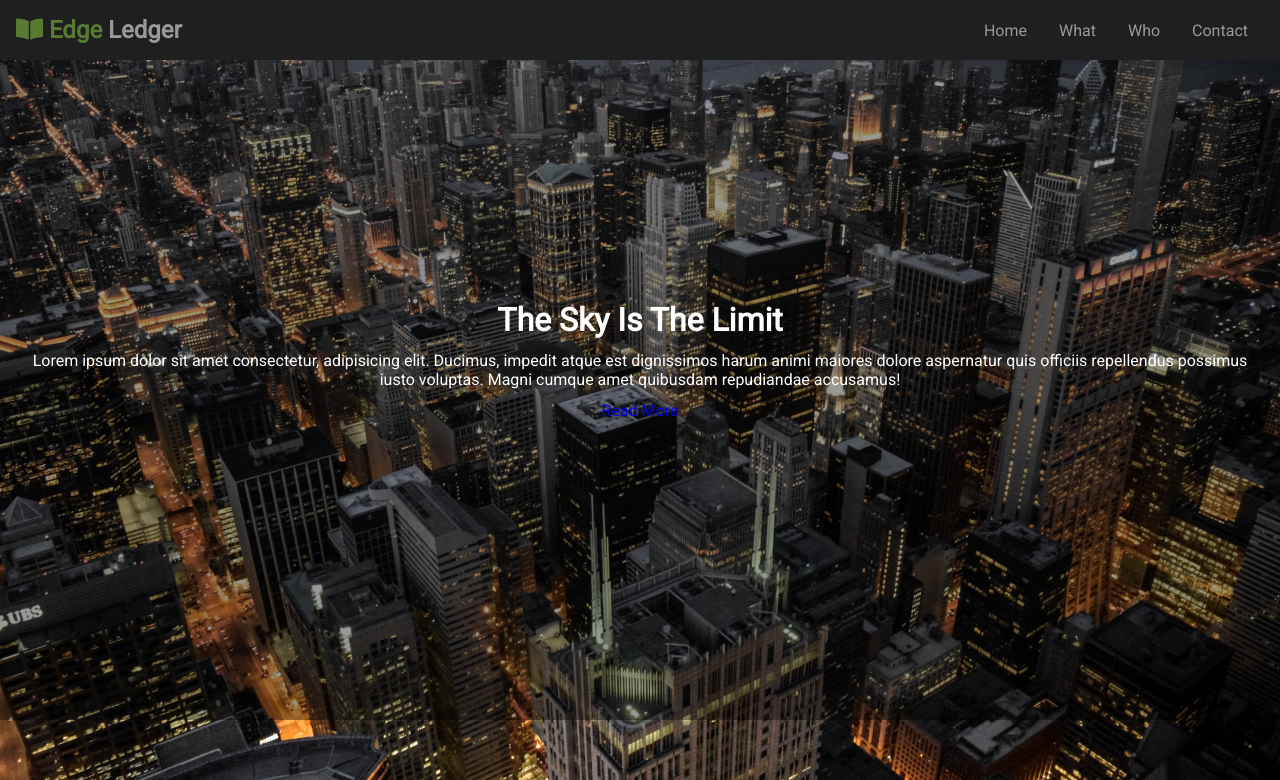
Repository: minhtien9/EdgeLedger-Financial-Web
Page: index.html
These files come from the project's save history. The page is drawn as it stood at one moment and after the next save; the edit follows.
The browser window is 1280 px wide. The pictures show the whole page.

Above is the page before, as saved 2021-08-16 21:57:38.

### index.html
<!DOCTYPE html>
<html lang="en">

<head>
    <meta charset="UTF-8" />
    <meta http-equiv="X-UA-Compatible" content="IE=edge" />
    <meta name="viewport" content="width=device-width, initial-scale=1.0" />
    <link rel="stylesheet" href="https://cdnjs.cloudflare.com/ajax/libs/font-awesome/5.15.4/css/all.min.css" integrity="sha512-1ycn6IcaQQ40/MKBW2W4Rhis/DbILU74C1vSrLJxCq57o941Ym01SwNsOMqvEBFlcgUa6xLiPY/NS5R+E6ztJQ==" crossorigin="anonymous" referrerpolicy="no-referrer"
    />
    <link rel="stylesheet" media="screen and (max-width:768px)" href="css/mobile.css" />
    <link rel="stylesheet" media="screen  and (min-width:1100)" href="css/widescreen.css" />
    <link rel="stylesheet" href="css/style.css" />
    <title>EdgeLedger Financial | Accounting & Investment</title>
</head>

<body id="home">
    <!-- Navbar -->
    <nav id="navbar">
        <h1 class="logo">
            <span class="text-primary"> <i class="fas fa-book-open"></i> Edge </span
        >Ledger
      </h1>
      <ul>
        <li><a href="#home">Home</a></li>
        <li><a href="#what">What</a></li>
        <li><a href="#who">Who</a></li>
        <li><a href="#contact">Contact</a></li>
      </ul>
    </nav>
    <!-- Header: Showcase -->
    <header id="showcase">
      <div class="showcase-content">
        <h1 class="l-heading">The Sky Is The Limit</h1>
        <p class="lead">
          Lorem ipsum dolor sit amet consectetur, adipisicing elit. Ducimus,
          impedit atque est dignissimos harum animi maiores dolore aspernatur
          quis officiis repellendus possimus iusto voluptas. Magni cumque amet
          quibusdam repudiandae accusamus!
        </p>
        <a href="#what" class="btn">Read More</a>
      </div>
    </header>
  </body>
</html>

### css/style.css
@import url('https://fonts.googleapis.com/css2?family=Roboto&display=swap');
* {
    box-sizing: border-box;
    margin: 0;
    padding: 0;
}

body {
    font-family: 'Roboto', sans-serif;
}

a {
    text-decoration: none;
}

p {
    margin: 0.75rem 0;
}


/* Utility Classes */

.text-primary {
    color: #93cb52;
}


/* Navbar */

#navbar {
    display: flex;
    position: stick;
    top: 0;
    background: #333;
    color: #fff;
    justify-content: space-between;
    z-index: 1;
    padding: 1rem;
}

#navbar ul {
    display: flex;
    align-items: center;
    list-style: none;
}

#navbar ul li a {
    color: #fff;
    padding: 0.75rem;
    margin: 0 0.25rem;
}

#navbar ul li a:hover {
    background: #93cb52;
    border-radius: 5px;
}


/* Showcase */

#showcase {
    background: #333 url('../img/showcase.jpg') no-repeat center center/cover;
    height: 100vh;
    color: #fff;
}

#showcase .showcase-content {
    display: flex;
    flex-direction: column;
    text-align: center;
    justify-content: center;
    align-items: center;
    height: 100%;
    padding: 0 2rem;
    /* Overlay */
    position: absolute;
    top: 0;
    left: 0;
    background-color: rgba(0, 0, 0, 0.4);
}

Loaded but not shown: css/mobile.css (no stored copy; drawn as an empty file); css/widescreen.css (no stored copy; drawn as an empty file)

After the next save:
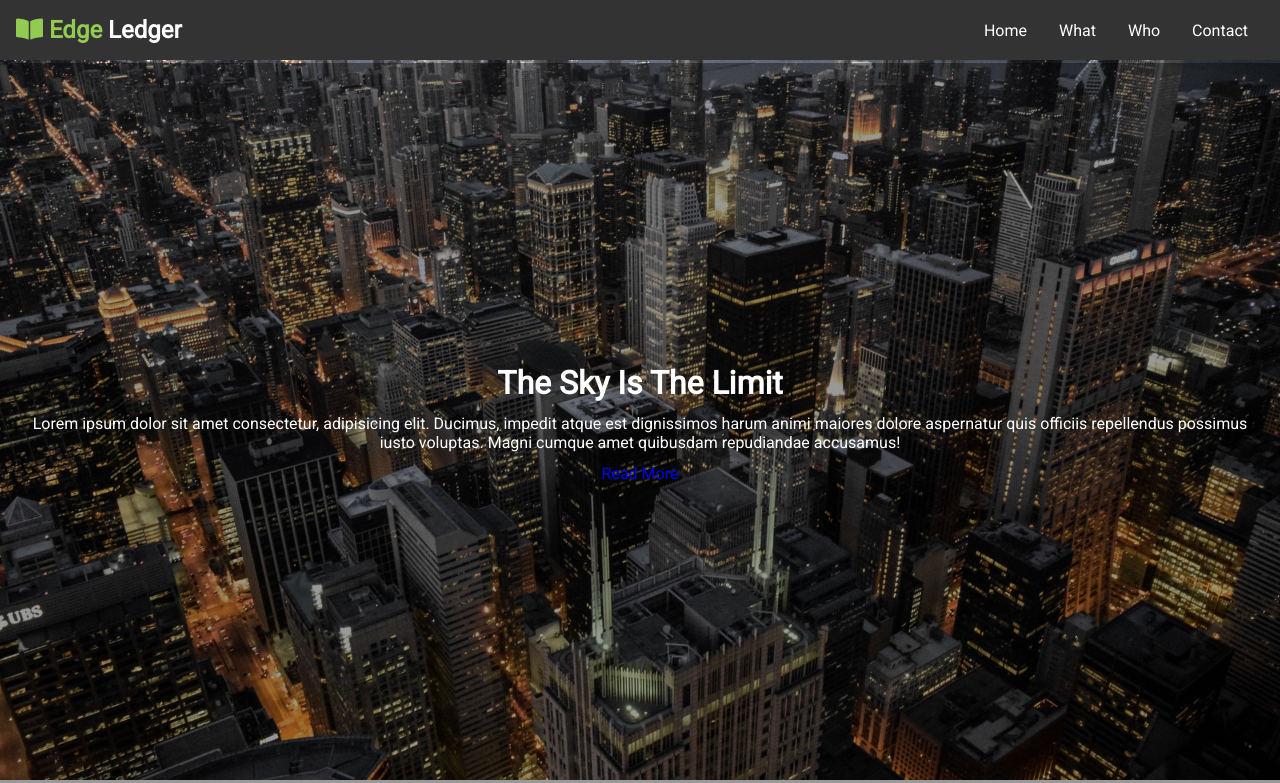
Saved 89 s later.
--- a/css/style.css
+++ b/css/style.css
@@ -74,7 +74,7 @@
     padding: 0 2rem;
     /* Overlay */
     position: absolute;
-    top: 0;
+    top: 63px;
     left: 0;
     background-color: rgba(0, 0, 0, 0.4);
 }
